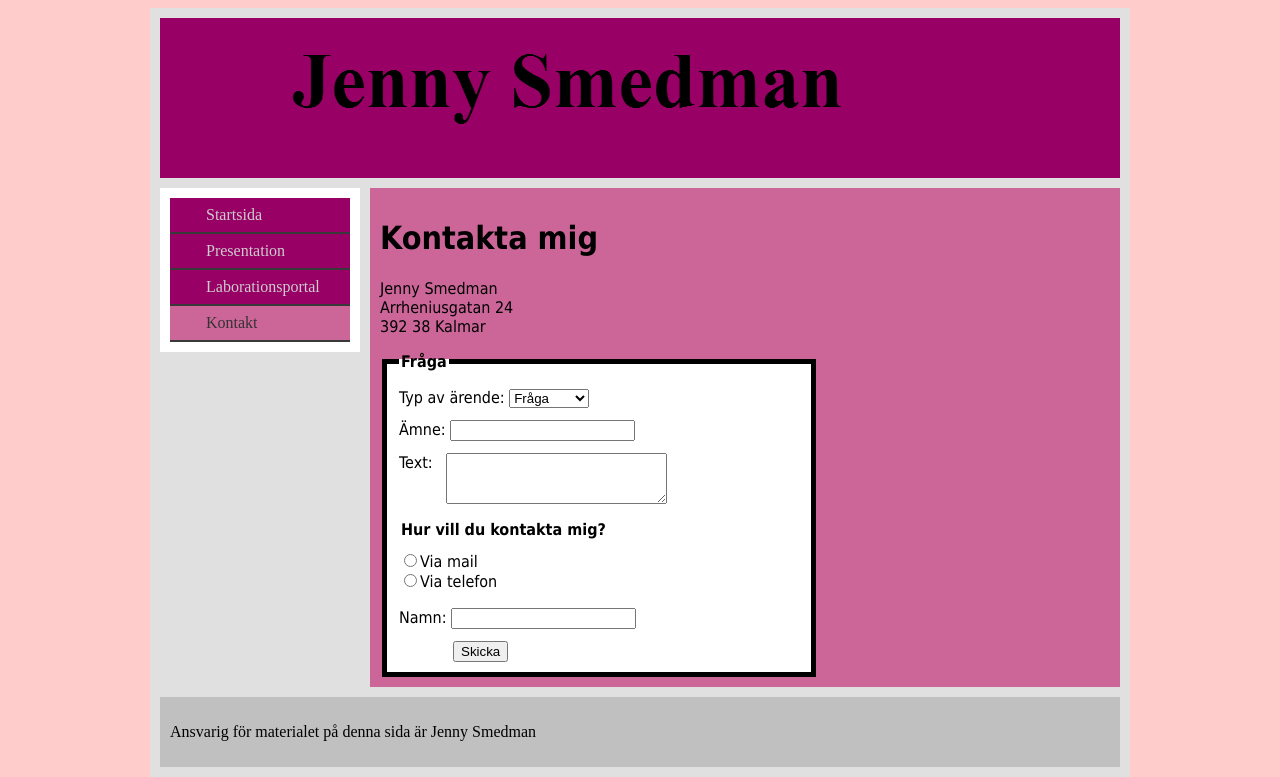
Repository: js223mx/1ik415-js223mx-laborationer
Page: pages/kontakt.html
The author's editor kept a record of every edit. The page is drawn from the files as they stood at one moment, then again after the next edit.
The browser window is 1280 px wide. The pictures show the whole page.

Above is the page before.

After the next edit:
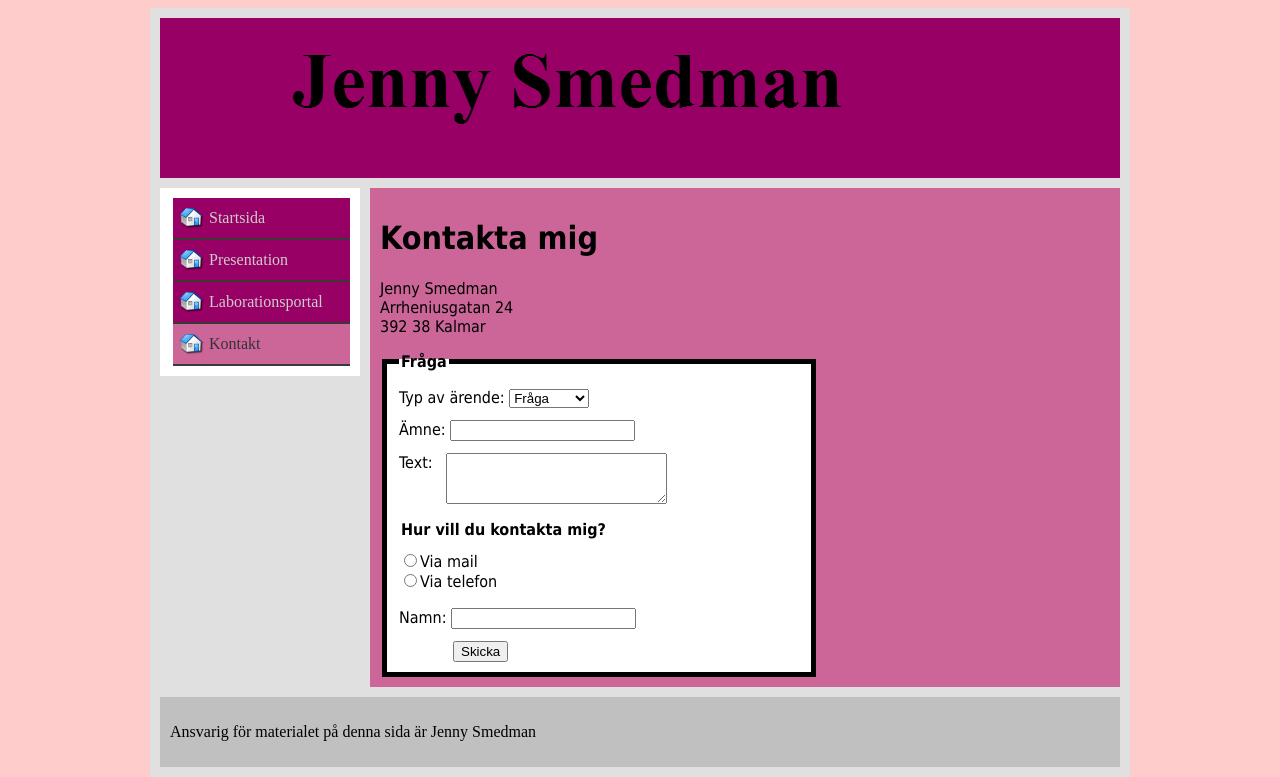
The edit:
--- a/pages/kontakt.html
+++ b/pages/kontakt.html
@@ -17,11 +17,11 @@
 
 
             <div id="navigation">
-             <ul>
-                <li><a href="../index.html">Startsida</a></li>
-                <li><a href="presentation.html">Presentation</a></li>
-                <li><a href="laborationer.html">Laborationsportal</a></li>
-                <li><a href="kontakt.html" class="active">Kontakt</a></li>
+             <ul class= navlist>
+                <li class="home"><a href="../index.html">Startsida</a></li>
+                <li class="pres"><a href="presentation.html">Presentation</a></li>
+                <li class="lab"><a href="laborationer.html">Laborationsportal</a></li>
+                <li class="kontakt"><a href="kontakt.html" class="active">Kontakt</a></li>
 
             </ul>
             </div>
